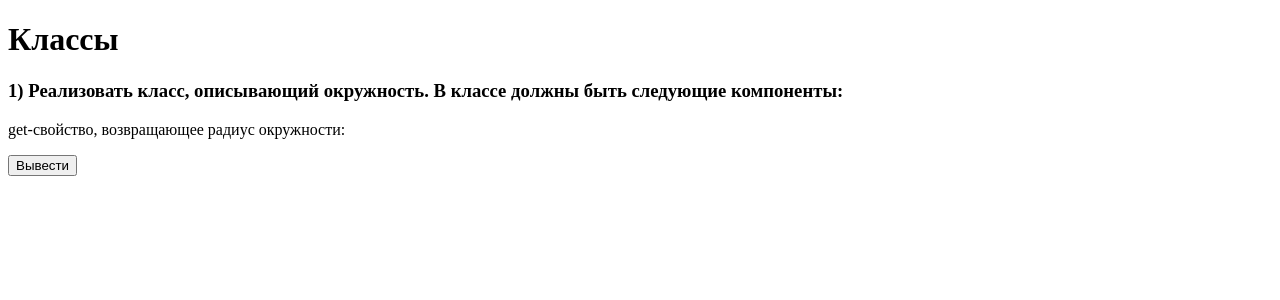
Repository: NastyaGavrilova/Beetroot-js
Page: HW6/index.html
An editor plug-in stored every save of this project. The page is shown before and after the next save, followed by the edit.
The browser window is 1280 px wide. The pictures show the whole page.

Above is the page before, as saved 2021-10-24 17:07:24.

### HW6/index.html
<!DOCTYPE html>
<html lang="en">
  <head>
    <meta charset="UTF-8" />
    <meta http-equiv="X-UA-Compatible" content="IE=edge" />
    <meta name="viewport" content="width=device-width, initial-scale=1.0" />
    <title>Classes</title>
  </head>
  <body>
    <h1>Классы</h1>
    <section class="c-task1">
      <div class="c-task1__wrapper">
        <div class="c-task1__title">
          <h3 class="e-title">
            1) Реализовать класс, описывающий окружность. В классе должны быть
            следующие компоненты:
          </h3>
        </div>
        <div class="-task1__paragraph">
          <p class="e-paragraph">
            get-свойство, возвращающее радиус окружности:
            <span id="js-task1-span1"></span>
          </p>
        </div>
        <button id="js-task1-btn1">Вывести</button>
        <!-- <div class="-task1__paragraph">
          <p class="e-paragraph">
            set-свойство, устанавливающее радиус окружности
          </p>
        </div>
        <form action="#" class="c-task1__form" method="get">
          <div class="c-form__wrapper">
            <input
              type="number"
              id="js-task1-input1"
              placeholder="радиус окружности"
            />
            <button id="js-task1-btn2">Установить радиус.</button>
          </div>
        </form>
        <div class="-task1__paragraph">
          <p class="e-paragraph">
            Результат: <span id="js-task1-span2"></span>
          </p> -->
        <!-- </div> -->
      </div>
    </section>

    <script src="./js/circle.js"></script>
  </body>
</html>

### HW6/js/circle.js
class Circle {
  constructor(radius) {
    this.radius = radius;
  }

  get showRadius() {
    return `Радиус = ${this.radius}`;
  }

  set showRadius(newValue) {
    [this.radius] = newValue;
  }

  get showDiametr() {
    return `Диаметр = ${this.radius * 2}`;
  }

  squareCircle(spanEl) {
    let square = Math.PI * Math.pow(this.radius, 2);
    return (spanEl.innerHTML = `Площадь круга = ${square}`);
  }
  lengthCircle(spanEl) {
    let lenCircle = 2 * Math.PI * this.radius;
    return (spanEl.innerHTML = `Длина окружности = ${lenCircle}`);
  }
}

let circle = new Circle(4);
let getRadius = document.getElementById("js-task1-btn1");
getRadius.addEventListener("click", (e) => {
  e.preventDefault();
  let result = document.getElementById("js-task1-span1");
  return (result.innerHTML = circle.showRadius);
});

After the next save:
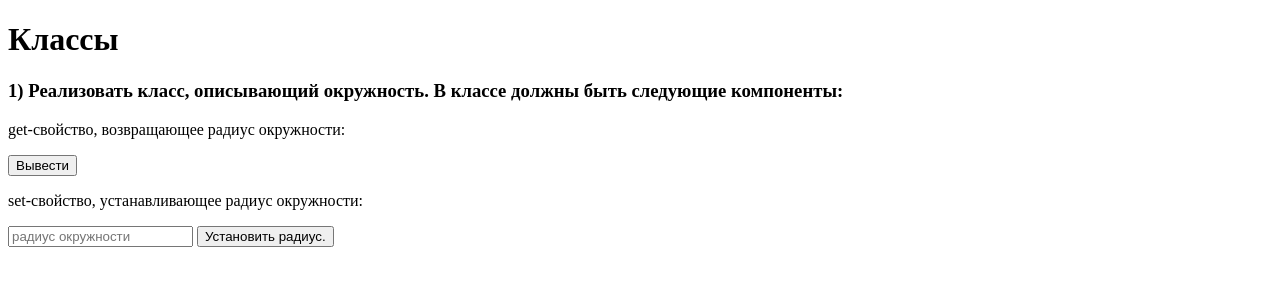
Saved 55 s later.
--- a/HW6/index.html
+++ b/HW6/index.html
@@ -23,9 +23,10 @@
           </p>
         </div>
         <button id="js-task1-btn1">Вывести</button>
-        <!-- <div class="-task1__paragraph">
+        <div class="-task1__paragraph">
           <p class="e-paragraph">
-            set-свойство, устанавливающее радиус окружности
+            set-свойство, устанавливающее радиус окружности:
+            <span id="js-task1-span2"></span>
           </p>
         </div>
         <form action="#" class="c-task1__form" method="get">
@@ -38,11 +39,6 @@
             <button id="js-task1-btn2">Установить радиус.</button>
           </div>
         </form>
-        <div class="-task1__paragraph">
-          <p class="e-paragraph">
-            Результат: <span id="js-task1-span2"></span>
-          </p> -->
-        <!-- </div> -->
       </div>
     </section>
 
